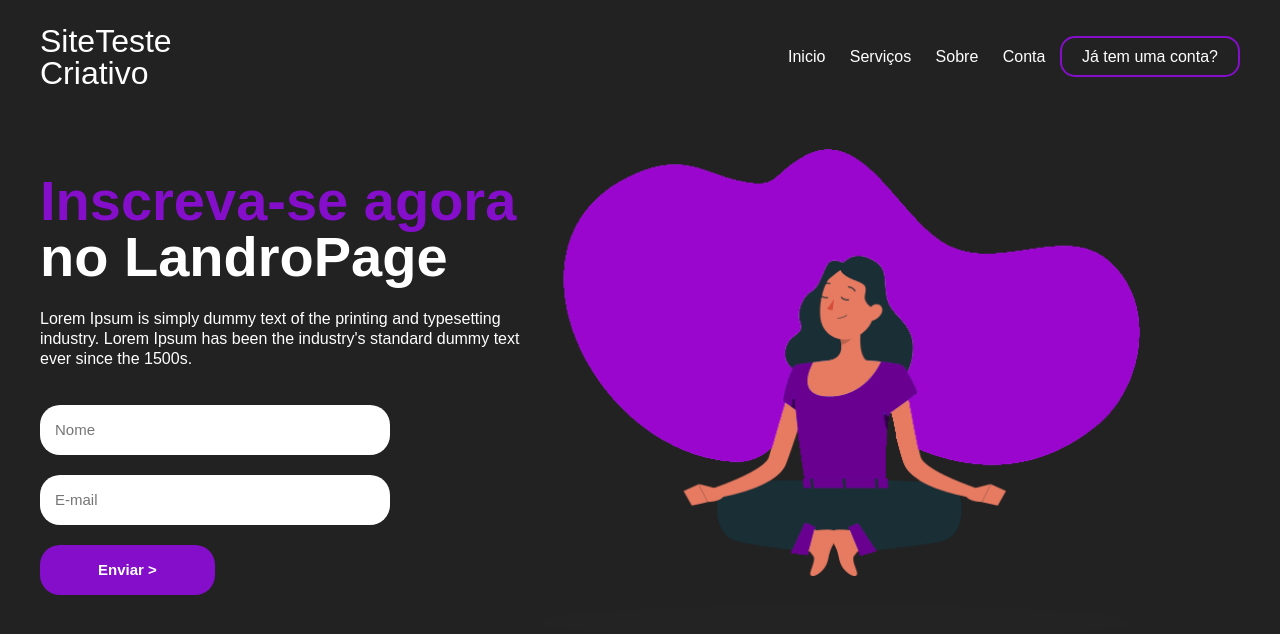
Repository: LeandroOliveiraZks/Projeto-Home-Page-Site-Criativo
Page: index.html
An editor plug-in stored every save of this project. The page is shown before and after the next save, followed by the edit.
The browser window is 1280 px wide. The pictures show the whole page.

Above is the page before, as saved 2023-02-24 23:07:58.

### index.html
<!DOCTYPE html>
<html lang="en">
<head>
    <meta charset="UTF-8">
    <meta http-equiv="X-UA-Compatible" content="IE=edge">
    <meta name="viewport" content="width=device-width, initial-scale=1.0">
    <link rel="stylesheet" href="./styles/styles.css">
    <link rel="stylesheet" href="./styles/fonts.css">
    <link rel="stylesheet" href="./styles/media.css">
    <link rel="preconnect" href="https://fonts.googleapis.com">
    <link rel="preconnect" href="https://fonts.gstatic.com" crossorigin>
    <link href="https://fonts.googleapis.com/css2?family=Poppins:wght@300;400;500&display=swap">
    <title>LeandroTeste</title>
</head>
<body>
    <header>
        <div id="titulo">
            <h1>SiteTeste</h1>
            <h1>Criativo</h1>
        </div>

        <ul>
            <a herf ="#"> <li>Inicio</li>
            <a herf ="#"> <li>Serviços</li>
            <a herf ="#"> <li>Sobre</li>
            <a herf ="#"> <li>Conta</li>
            <a herf ="#" id="inscreva-se-btn"> <li>Já tem uma conta?</li></a>
        </ul>
    </header>

    <main>
        <aside>
            <h2><span>Inscreva-se agora</span></h2>
            <h2>no LandroPage</h2>
            <p>
                Lorem Ipsum is simply dummy text of the printing and typesetting industry. Lorem Ipsum has been the industry's standard dummy text ever since the 1500s.
            </p>
                <form>
                <input type="text" placeholder="Nome">
                <input type="email" placeholder="E-mail">
                <input type="submit" value="Enviar >">
               </form>
        </aside>

        <article>
             <img src="./images/77d0a7c454e658833800528e748edbe9.png" alt="mulher-roxo">
        </article>
    </main>

</body>
</html>

### styles/styles.css
body {
    background-color: rgb(34, 34, 34);
    color: white;
    font-family: 'Poppins', sans-serif;
    max-width: 1200px;
    margin: 0 auto;
    padding: 15px;
}

header {
    display: flex; /*De se posicionar*/
    flex-direction: row;/*Ele tranforma o cabeçalho em linha*/
    justify-content: space-between;/*Ele cria um espaço entre o titulo etc.. */
    align-items: center;/*Para alinhas itens no cabeçalho */
}

#titulo {
    flex-direction: column;
    line-height: 10px;
}

li {
    display: inline-block;
    margin: 10px;
}

a {
    color: white;
}

h1 {
    font-weight: 200;
}

a:hover {
    color: rgb(132, 14, 201);
    transition: 0.3s all;
}

#inscreva-se-btn {
    border: 2px solid rgb(132, 14, 201);
    padding: 10px;
    border-radius: 15px;
}
#inscreva-se-btn:hover {
    background-color: rgb(132, 14, 201);
    color: white;
}

main {
    display: flex;
    flex-direction: row;
    margin-top: 50px;
}

h2 {
    font-size: 56px;
    line-height: 10px;
    font-family: 'Poppins', sans-serif;
}

span {
    color: rgb(132, 14, 201);
}

p {
    line-height: 20px;
    max-width: 500px;
    font-family: 'Poppins', sans-serif;
}

img {
    width: 600px;
}

form {
    display: flex;
    flex-direction: column;
    width: 70%;
}

form [type="submit"] {
    height: 50px;
    width: 50%;
    background-color: rgb(132, 14, 201);
    color: white;
    font-weight: bold
}
form [type="submit"]:hover {
   cursor: pointer;
}
input {
    margin-top: 20px;
    height: 20px;
    padding: 15px;
    border-radius: 20px;
    border: none;
    font-size: 15px;
}

### styles/fonts.css

@font-face {
    font-family: 'poppinsblack';
    src: url('../components/fonts/poppins-black-webfont.woff2') format('woff2'),
         url('../components/fonts/poppins-black-webfont.woff') format('woff');
    font-weight: normal;
    font-style: normal;

  }




  @font-face {
    font-family: 'poppinsbold';
    src: url('../components/fonts/poppins-bold-webfont.woff2') format('woff2'),
         url('../components/fonts/poppins-bold-webfont.woff') format('woff');
    font-weight: normal;
    font-style: normal;

  }


  @font-face {
    font-family: 'poppinslight';
    src: url('../components/fonts/poppins-light-webfont.woff2') format('woff2'),
         url('../components/fonts/poppins-light-webfont.woff') format('woff');
    font-weight: normal;
    font-style: normal;

  }


  @font-face {
    font-family: 'poppinsmedium';
    src: url('../components/fonts/poppins-medium-webfont.woff2') format('woff2'),
         url('../components/fonts/poppins-medium-webfont.woff') format('woff');
    font-weight: normal;
    font-style: normal;

  }

  @font-face {
    font-family: 'poppinsregular';
    src: url('../components/fonts/poppins-regular-webfont.woff2') format('woff2'),
         url('../components/fonts/poppins-regular-webfont.woff') format('woff');
    font-weight: normal;
    font-style: normal;

  }

  @font-face {
    font-family: 'poppinssemibold';
    src: url('../components/fonts/poppins-semibold-webfont.woff2') format('woff2'),
         url('../components/fonts/poppins-semibold-webfont.woff') format('woff');
    font-weight: normal;
    font-style: normal;

  }

### styles/media.css
@media screen and (max-width: 760px) {

    header {
        flex-direction: column;
    }
    main {
        flex-direction: column;
    }

    h2 {
        font-size: 38px;
    }

    form {
        margin: 0 auto;
        width: 100%;
    }

    input {
        align-self: center;
    }

    img {
        display: none;
    }

    ul {
        text-align: center;
    }
}

After the next save:
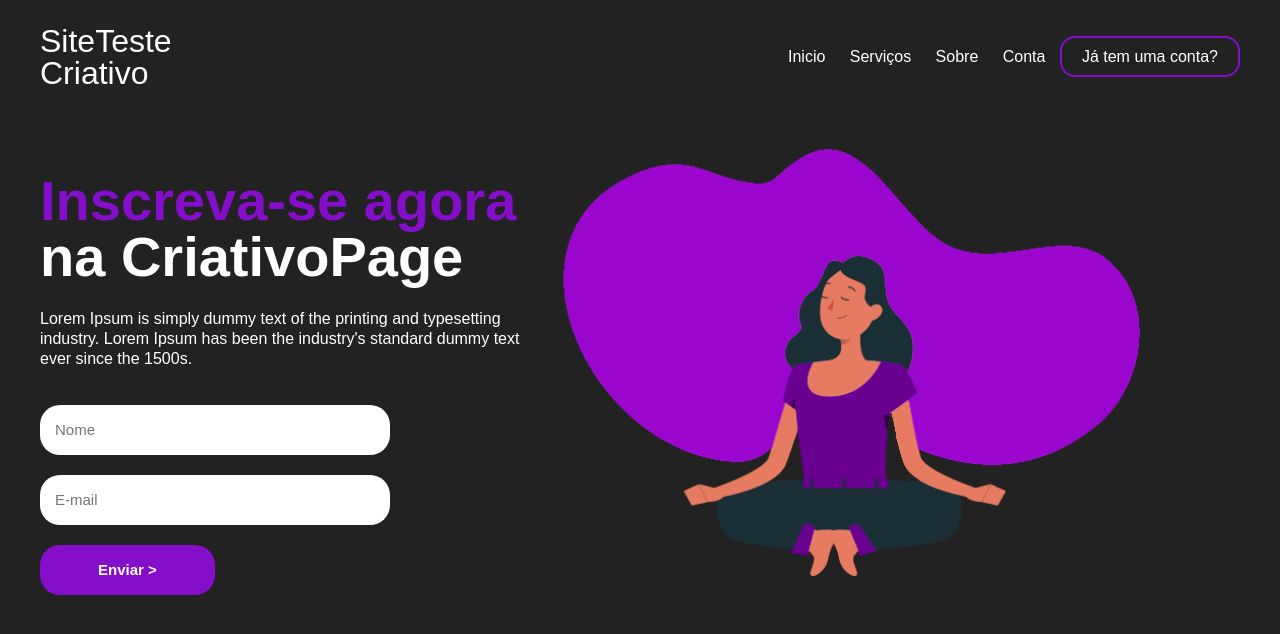
Saved 32 s later.
--- a/index.html
+++ b/index.html
@@ -31,7 +31,7 @@
     <main>
         <aside>
             <h2><span>Inscreva-se agora</span></h2>
-            <h2>no LandroPage</h2>
+            <h2>na CriativoPage</h2>
             <p>
                 Lorem Ipsum is simply dummy text of the printing and typesetting industry. Lorem Ipsum has been the industry's standard dummy text ever since the 1500s.
             </p>
